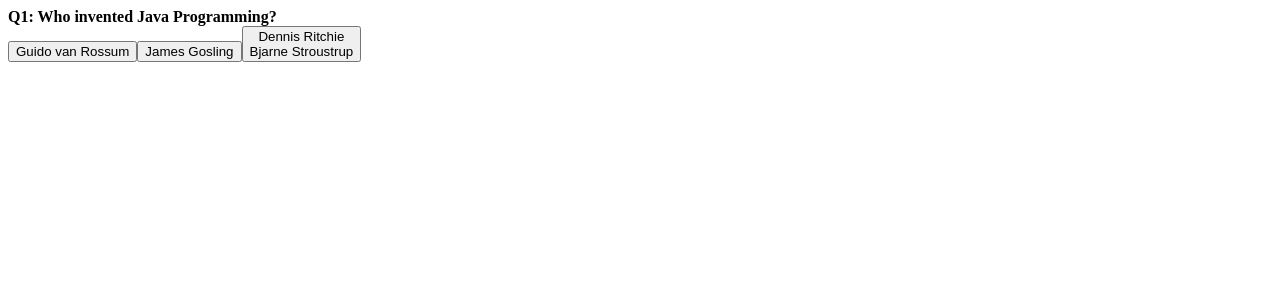
Repository: ravikumar0303/Advance-Java
Page: Assignment/OnlineExam/question.html
These files come from the project's save history. The page is drawn as it stood at one moment and after the next save; the edit follows.
The browser window is 1280 px wide. The pictures show the whole page.

Above is the page before, as saved 2023-06-23 05:12:03.

After the next save:
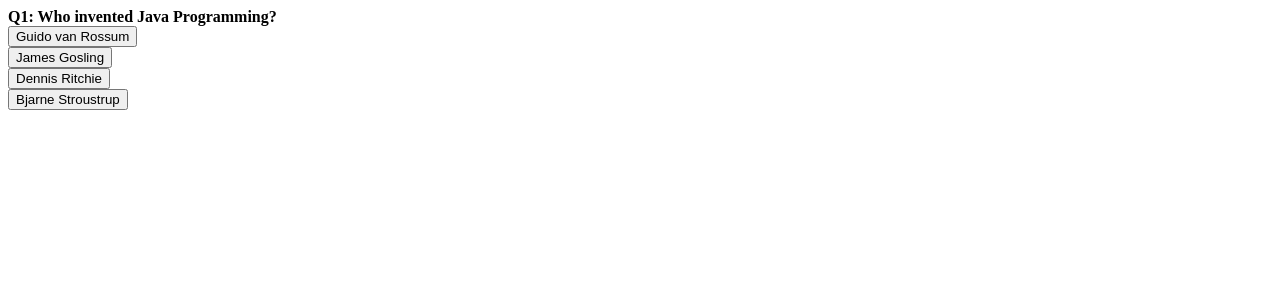
Saved 19 s later.
--- a/Assignment/OnlineExam/question.html
+++ b/Assignment/OnlineExam/question.html
@@ -6,13 +6,13 @@
 </head>
    <b>Q1: Who invented Java Programming?</b><br>
 
-   <button type="radio" value="op1",name="o">Guido van Rossum</input>
+   <button type="radio" value="op1",name="o">Guido van Rossum</button>
    <br>
-   <button type="radio" value="op",name="o">James Gosling</input>
+   <button type="radio" value="op",name="o">James Gosling</button>
    <br>
-   <button type="radio" value="op",name="o">Dennis Ritchie</input>
+   <button type="radio" value="op",name="o">Dennis Ritchie</button>
    <br>
-   <buttontype="radio" value="op1",name="o"> Bjarne Stroustrup</input>
+   <button type="radio" value="op1",name="o"> Bjarne Stroustrup</button>
 <body>
 
 </body>
